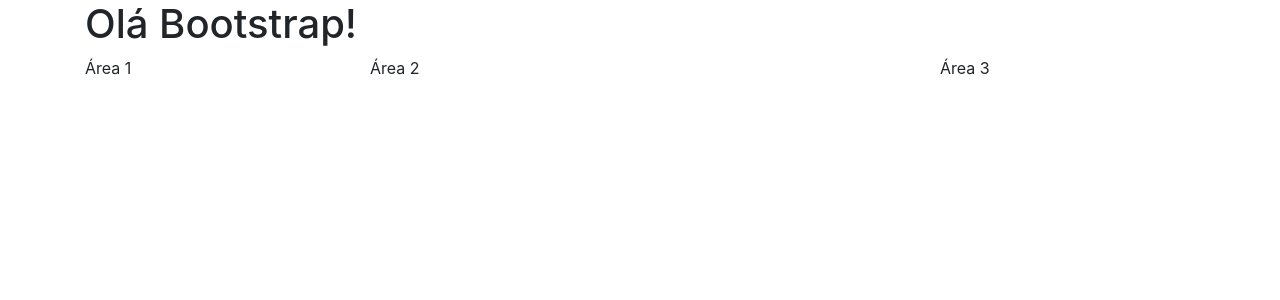
Repository: woodyalan/bootstrap-4
Page: conteudo.html
These files come from the project's save history. The page is drawn as it stood at one moment and after the next save; the edit follows.
The browser window is 1280 px wide. The pictures show the whole page.

Above is the page before, as saved 2020-09-08 22:08:40.

### conteudo.html
<!DOCTYPE html>
<html lang="pt-br">
  <head>
    <!-- Required meta tags -->
    <meta charset="utf-8" />
    <meta name="viewport" content="width=device-width, initial-scale=1, shrink-to-fit=no" />

    <link rel="stylesheet" href="https://stackpath.bootstrapcdn.com/bootstrap/4.5.2/css/bootstrap.min.css" />

    <title>Olá Bootstrap!</title>
  </head>
  <body>
    <div class="container">
      <h1>Olá Bootstrap!</h1>

      <div class="row">
        <div class="col-3">Área 1</div>
        <div class="col-6">Área 2</div>
        <div class="col-3">Área 3</div>
      </div>
    </div>

    <!-- JS, Popper e jQuery -->
    <script src="https://code.jquery.com/jquery-3.5.1.slim.min.js"></script>
    <script src="https://cdn.jsdelivr.net/npm/popper.js@1.16.1/dist/umd/popper.min.js"></script>
    <script src="https://stackpath.bootstrapcdn.com/bootstrap/4.5.2/js/bootstrap.min.js"></script>
  </body>
</html>

After the next save:
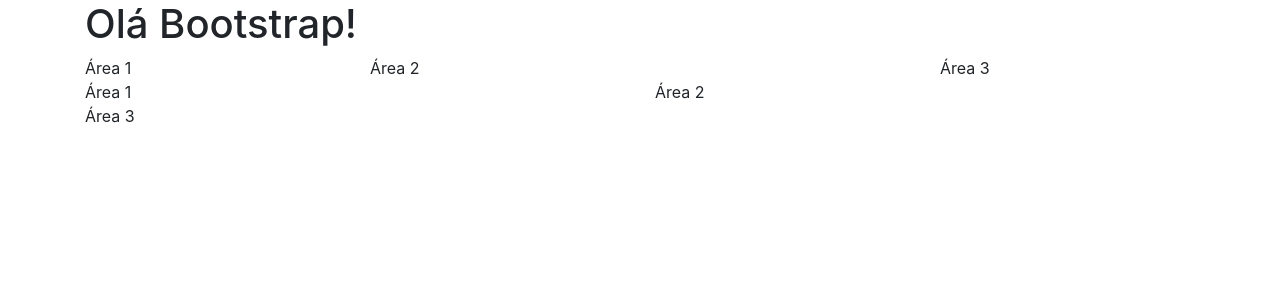
Saved 86 s later.
--- a/conteudo.html
+++ b/conteudo.html
@@ -18,6 +18,12 @@
         <div class="col-6">Área 2</div>
         <div class="col-3">Área 3</div>
       </div>
+
+      <div class="row">
+        <div class="col-3 col-sm-6">Área 1</div>
+        <div class="col-6 col-sm-6">Área 2</div>
+        <div class="col-3 col-sm-12">Área 3</div>
+      </div>
     </div>
 
     <!-- JS, Popper e jQuery -->
